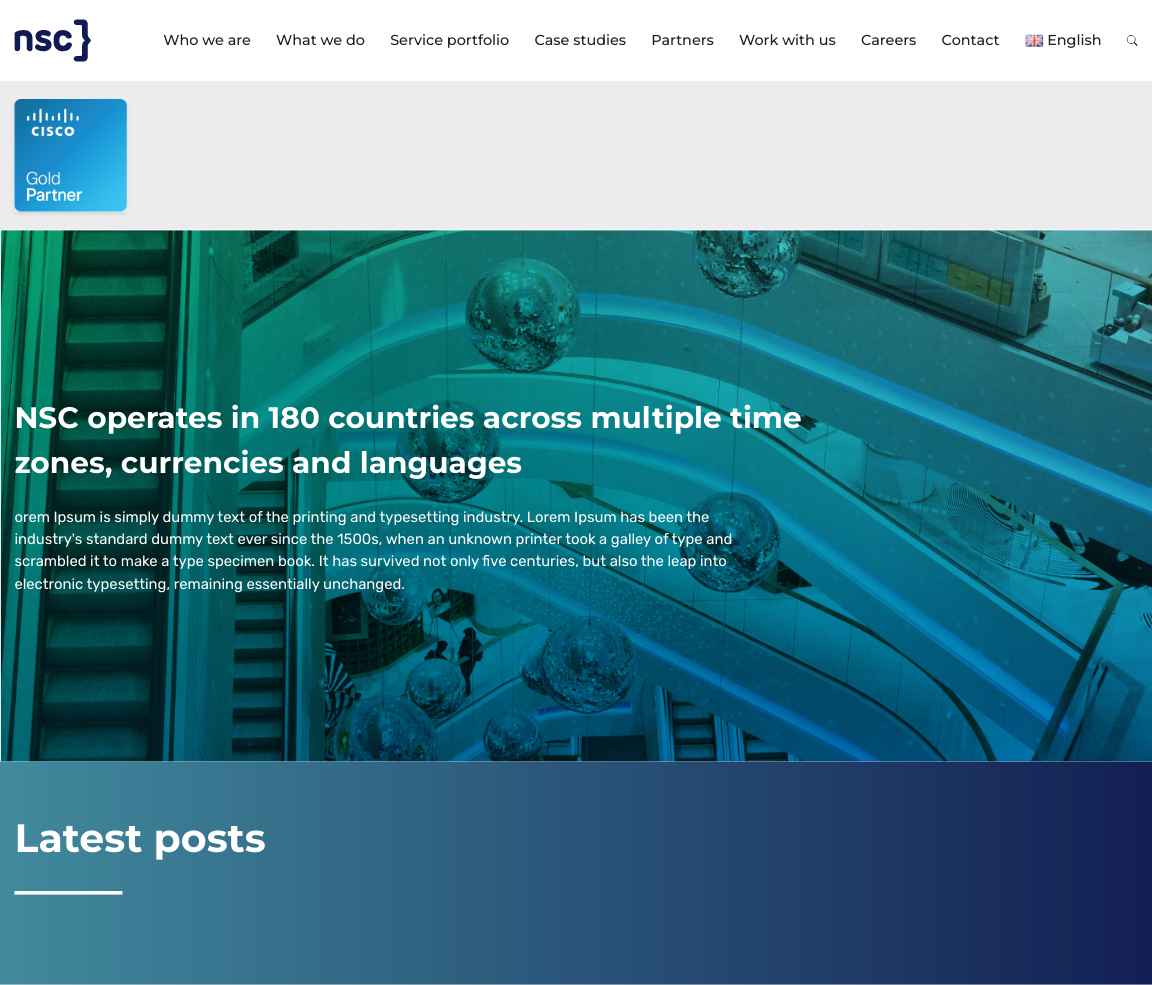
Repository: spaceship9999/ReactIsBack
Page: /
The author's editor kept a copy of each file at every save. The page is drawn from the files as they stood at one save, then again after the next save.
The browser window is 1280 px wide. The pictures show the whole page, at 90% of full size.
The project was rebuilt for these pictures with package versions that can differ from the ones it lists, and the page was loaded fresh each time. The framework's server and built-in components were replaced by stand-ins that run in the browser. Also part of the build but not shown: next.config.js.

Above is the page before, as saved 2023-03-25 17:50:04.

### src/app/layout.tsx
import './globals.scss'

export const metadata = {
  title: 'Create Next App',
  description: 'Generated by create next app',
}

export default function RootLayout({
  children,
}: {
  children: React.ReactNode
}) {
  return (
    <html lang="en">
      <body>{children}</body>
    </html>
  )
}

### src/app/page.tsx
import Link from "next/link";
import Header from "./Header";
import Award from "./Award";
import Banner from "./Banner";
import Posts from "./Posts";

export default function Home() {
  return (
    <main>
      <Header></Header>
      <Award/>
      <Banner
        heading="NSC operates in 180 countries across multiple time zones, currencies and languages"
        image="/img/Cisco_Banner.png" content="orem Ipsum is simply dummy text of the printing and typesetting industry. Lorem Ipsum has been the industry's standard dummy text ever since the 1500s, when an unknown printer took a galley of type and scrambled it to make a type specimen book. It has survived not only five centuries, but also the leap into electronic typesetting, remaining essentially unchanged." position={""}/>
      <Posts></Posts>
    </main>
  )
}

### src/app/globals.scss
@tailwind base;
@tailwind components;
@tailwind utilities;

@import "./scss/fonts";
@import "./scss/global";
@import "./scss/typography";

### src/app/Header.tsx
import Link from "next/link";

export default function Header() {
    return (
        <div className="container py-5">
            <div className="flex justify-between items-center">
                <Link href="/" >
                    <Logo className="w-[85px] h-[50px]" />
                </Link>
                <nav className="flex gap-7 font-montserrat font-medium text-grey">
                    <Link href="/who-we-are" >
                        Who we are
                    </Link>
                    <Link href="/what-we-do" >
                        What we do
                    </Link>
                    <Link href="/what-we-do" >
                        Service portfolio
                    </Link>
                    <Link href="/what-we-do" >
                        Case studies
                    </Link>
                    <Link href="/what-we-do" >
                        Partners
                    </Link>
                    <Link href="/what-we-do" >
                        Work with us
                    </Link>
                    <Link href="/what-we-do" >
                        Careers
                    </Link>
                    <Link href="/what-we-do" >
                        Contact
                    </Link>
                    <button className="flex items-center gap-x-1">
                        <img src="/img/gb-flag.png" className="w-full"/>
                        English
                    </button>
                    <button>
                        <Search/>
                    </button>
                </nav>
            </div>
        </div>
    )
}


const Logo = (props : { className: string}) => {
    const { className } = props;
    return (
        <svg className={className} xmlns="http://www.w3.org/2000/svg" viewBox="0 0 283.4 156" preserveAspectRatio="xMinYMid meet">
            <path id="nsc_global_logo" d="M67,107.8a10.074,10.074,0,0,1-10,9.9c-5.9.2-11.2-4.5-11.2-9.9V71.6c0-7.4-4.1-11.5-12.4-11.5-6.3,0-12.2.6-12.2,4.2v43.5c0,5.4-4.4,9.9-10.9,9.9-4.9,0-10.3-4.4-10.3-9.9V54.2c0-3.6,1-5.3,3.5-7C8,44,18.6,39.3,34,39.3c21.6,0,33,11.2,33,31.2Zm48.8-37.6L106,68c-6.4-1.4-7.3-3.2-7.3-5,0-3,3.1-4.7,8.6-4.7a31.5,31.5,0,0,1,10.9,2.5,19.538,19.538,0,0,0,7.6,2,8.7,8.7,0,0,0,6.7-3.1,10.468,10.468,0,0,0,2.5-7.6,9.067,9.067,0,0,0-3.5-6.6c-4.9-4-13.9-6.5-23.5-6.5-18,0-29.7,9.6-29.7,24.4,0,11.1,7.4,18.9,21.3,22.5,3.8,1,4.8,1.2,6.8,1.6.9.2,1.9.4,3.5.8,6.2,1.5,7.1,3.5,7.1,5.3,0,4.6-6.5,5.1-9.3,5.1a31.582,31.582,0,0,1-15.9-4.4,12.9,12.9,0,0,0-6.2-2A9.431,9.431,0,0,0,78,96.2c-3,3.9-2.1,10,1.9,13.3,4.6,3.8,13,8.3,27.4,8.3,18.2,0,30.4-10.2,30.4-25.4-.1-11.4-7.2-18.7-21.9-22.2Zm95.9,19.2c-2.2-2.9-6.3-4.2-10-4-4.7.2-7.3,1.7-9,4.9-2.7,4.7-6.5,7.3-12.2,7.3-7.8,0-12.9-4.9-13.7-12.9a95.4,95.4,0,0,1,0-13.1c.8-7.7,5.8-12.1,13.7-12.1a13.278,13.278,0,0,1,11.2,6.1c2.7,3.9,5.7,5.1,8.8,5.2,3.7.2,8-.7,10.6-3.9,1.4-1.7,1.7-4.3,1-7C209.8,51,199,39.2,179.9,39.2c-19,0-33.1,12.1-34.2,29.5a152.151,152.151,0,0,0,0,19.1c1.5,17.5,15.9,30.3,34.2,30.3,19.1,0,29.9-10.6,33-21.3.8-3.3.1-5.7-1.2-7.4Zm60,12.3c0-14.8,11.7-17.8,11.7-23.7s-11.7-8.9-11.7-23.7V15.9A15.939,15.939,0,0,0,255.8,0H231c-6.1,0-11,4-11,10,0,6.3,5.1,10.3,11.1,10.3h14.6a4.739,4.739,0,0,1,4.8,4.8V54.3c0,18.9,9.7,20.5,9.7,23.7s-9.7,4.9-9.7,23.7v29.2a4.739,4.739,0,0,1-4.8,4.8H231.1c-6,0-11.1,3.9-11.1,10.3,0,6,4.9,10,11.1,10h24.8a15.938,15.938,0,0,0,15.9-15.9V101.7Z" fill="#0f1c54"></path>
        </svg>
    )
}

const Search = () => {
    return (
        <svg xmlns="http://www.w3.org/2000/svg" className="w-3 h-3" fill="currentColor" viewBox="0 0 16 16">
            <path d="M11.742 10.344a6.5 6.5 0 1 0-1.397 1.398h-.001c.03.04.062.078.098.115l3.85 3.85a1 1 0 0 0 1.415-1.414l-3.85-3.85a1.007 1.007 0 0 0-.115-.1zM12 6.5a5.5 5.5 0 1 1-11 0 5.5 5.5 0 0 1 11 0z" />
        </svg>
    )
}

### src/app/Award.tsx
export default function Award() {
    return (
        <div className="bg-light-grey py-5">
            <div className="container">
                <img className="w-[125px] shadow-md" src="/img/cisco-partner-o.png"/>
            </div>
        </div>
    )
}

### src/app/Banner.tsx

interface BannerProps {
    heading: string;
    content: string;
    image: string;
    position: string;
}



export default function Banner({heading, content, image, position = "center"}: BannerProps) {
    return (
        <div className="py-20 md:py-24 lg:py-[185px] relative overflow-hidden">
            <img src={image}
             className={`absolute inset-[1px] w-full h-full object-cover ${position === 'center' ? 'object-center': 'object-start'}`}/>
             <div className="container">
                <div className="flex flex-col items-center relative z-10 text-white md:max-w-[910px] text-center md:text-left">
                    <h2 className="text-white font-montserrat t-36 font-bold mb-6">{heading}</h2>
                    <div className="font-rubik t-24 lg:pr-20">
                        { content }
                    </div>
                </div>
             </div>
        </div>
    )
}

### src/app/Posts.tsx
export default function Posts() {
    return (
        <div className="bg-gradient-to-r from-[#418A9D] to-[#131F53] py-16">
            <div className="container">
                <h2 className="text-white t-48 font-montserrat font-bold pb-10 relative leading-none
                            after:absolute after:left-0 after:bottom-0 after:h-[4px] after:w-[120px] after:bg-white">
                    Latest posts
                </h2>
                <div className="mt-9">
                    <div>

                    </div>
                </div>
            </div>
        </div>
    )
}

### src/app/scss/_fonts.scss
@font-face {
    font-family: 'Rubik';
    font-display: swap;
    font-style: italic;
    src: url(/fonts/Rubik-Italic-VariableFont_wght.ttf) format('truetype'),
}

@font-face {
    font-family: 'Rubik';
    font-display: swap;
    font-style: normal;
    src: url(/fonts/Rubik-VariableFont_wght.ttf) format('truetype'),
}

@font-face {
    font-family: 'Montserrat';
    font-display: swap;
    font-style: normal;
    src: url(/fonts/Montserrat-VariableFont_wght.ttf) format('truetype'),
}

@font-face {
    font-family: 'Montserrat';
    font-display: swap;
    font-style: italic;
    src: url(/fonts/Montserrat-Italic-VariableFont_wght.ttf) format('truetype'),
}

### src/app/scss/_global.scss
.container {
    width: 100%;
    max-width: 1408px;
    padding-left: 1rem;
    padding-right: 1rem;
}

### src/app/scss/_typography.scss
.t-48 {
    font-size: clamp(24px, 3.429vw, 48px);
}
.t-36 {
    font-size: clamp(24px, 2.571vw, 36px);
}

.t-24 {
    font-size: clamp(16px, 1.286vw, 24px);
}

### tailwind.config.js
/** @type {import('tailwindcss').Config} */
/** @type {import('tailwindcss').Config} */
module.exports = {
  content: [
    "./app/**/*.{js,ts,jsx,tsx}",
    "./pages/**/*.{js,ts,jsx,tsx}",
    "./components/**/*.{js,ts,jsx,tsx}",

    // Or if using `src` directory:
    "./src/**/*.{js,ts,jsx,tsx}",
  ],
  theme: {
    extend: {
      fontFamily: {
        "montserrat": ["Montserrat", 'sans-serif'],
        "rubik": ["Rubik", 'sans-serif'],
      },
      container: {
        center: true,
      },
      colors: {
        "grey": "#202020",
        "light-grey": "#ECECEE",
      }
    },
  },
  plugins: [],
}

After the next save:
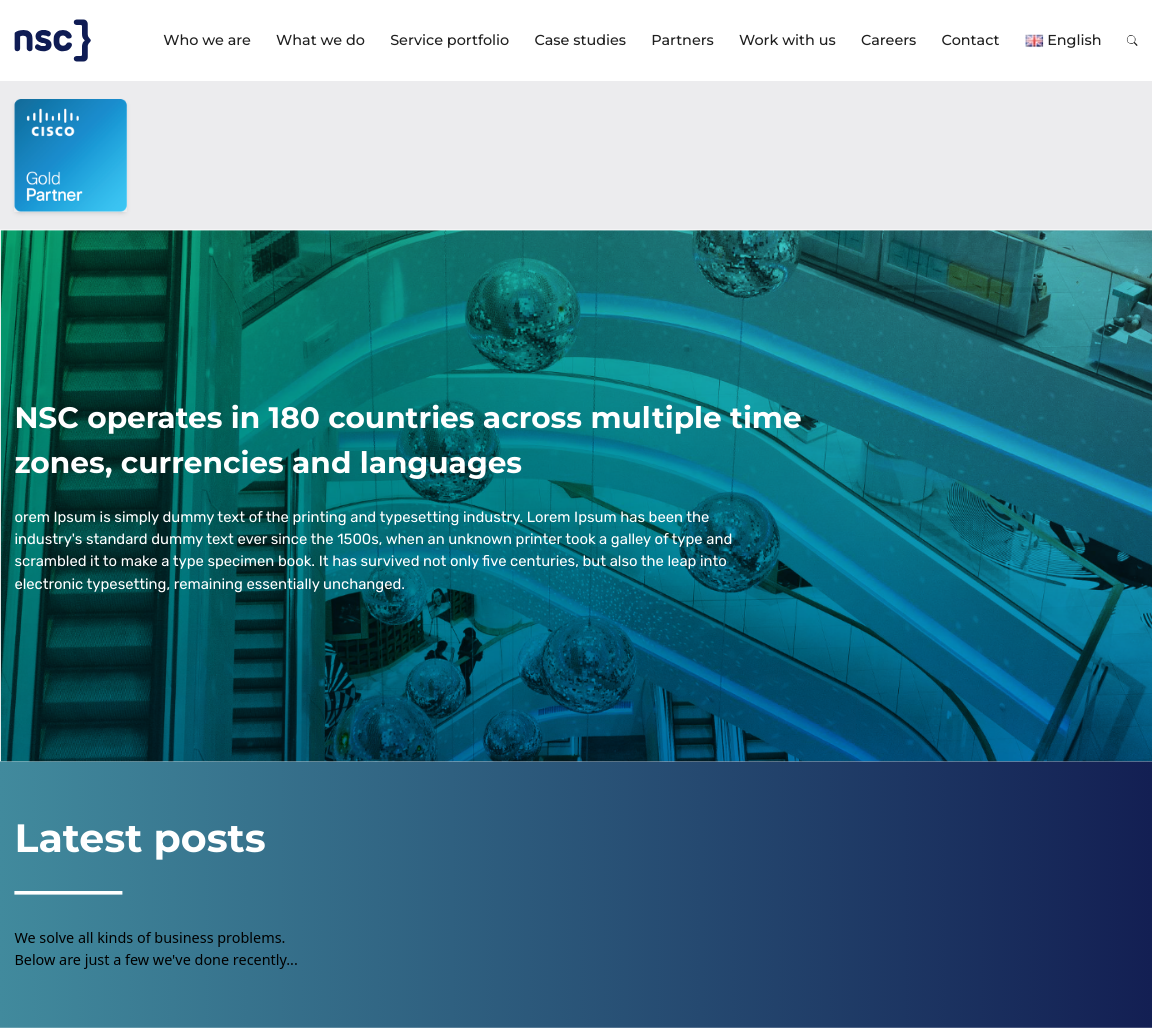
Saved 38 s later.
--- a/src/app/Posts.tsx
+++ b/src/app/Posts.tsx
@@ -8,7 +8,10 @@
                 </h2>
                 <div className="mt-9">
                     <div>
-
+                        We solve all kinds of business problems.
+                    </div>
+                    <div>
+                        Below are just a few we've done recently...
                     </div>
                 </div>
             </div>
